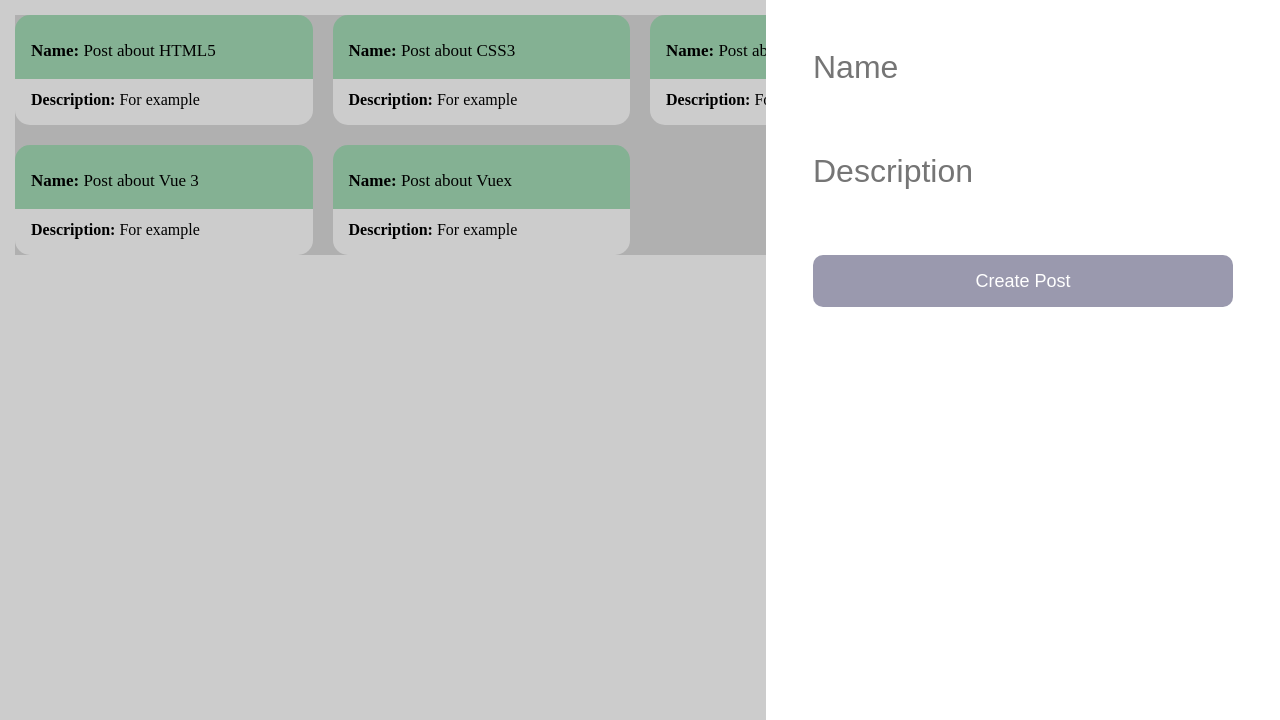
Repository: Axeliriya/vue-todo
Page: /
The author's editor kept a copy of each file at every save. The page is drawn from the files as they stood at one save, then again after the next save.
The browser window is 1280 px wide. The pictures show the whole page.
The project was rebuilt for these pictures with package versions that can differ from the ones it lists, and the page was loaded fresh each time. Also part of the build but not shown: vue.config.js.

Above is the page before, as saved 2022-04-01 17:40:44.

After the next save:
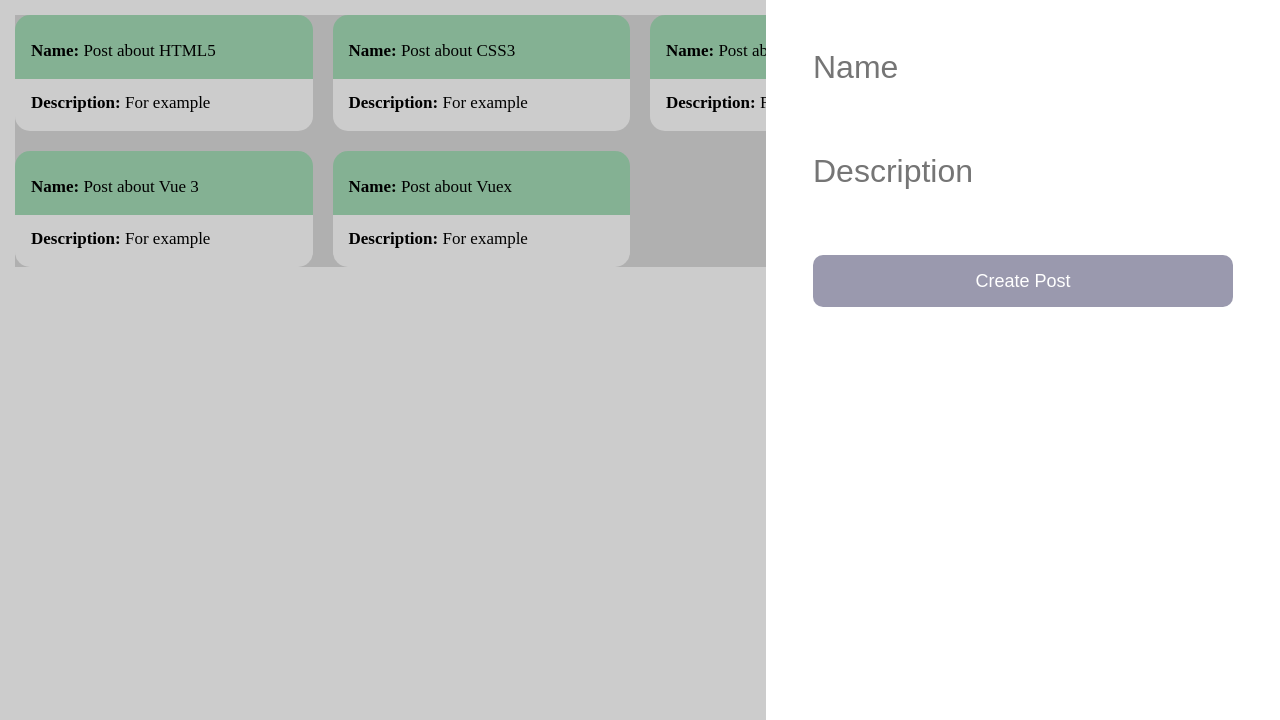
Saved 17 s later.
--- a/src/App.vue
+++ b/src/App.vue
@@ -121,15 +121,15 @@ img {
 
 .post {
   border-radius: 15px;
+  font-weight: 500;
+  font-size: 17px;
+  line-height: 24px;
 }
 
 .post__name {
   padding: 24px 16px 16px 16px;
   border-radius: 15px 15px 0 0;
   background-color: #a5ddb8;
-  font-weight: 500;
-  font-size: 17px;
-  line-height: 24px;
 }
 
 .post__description {
